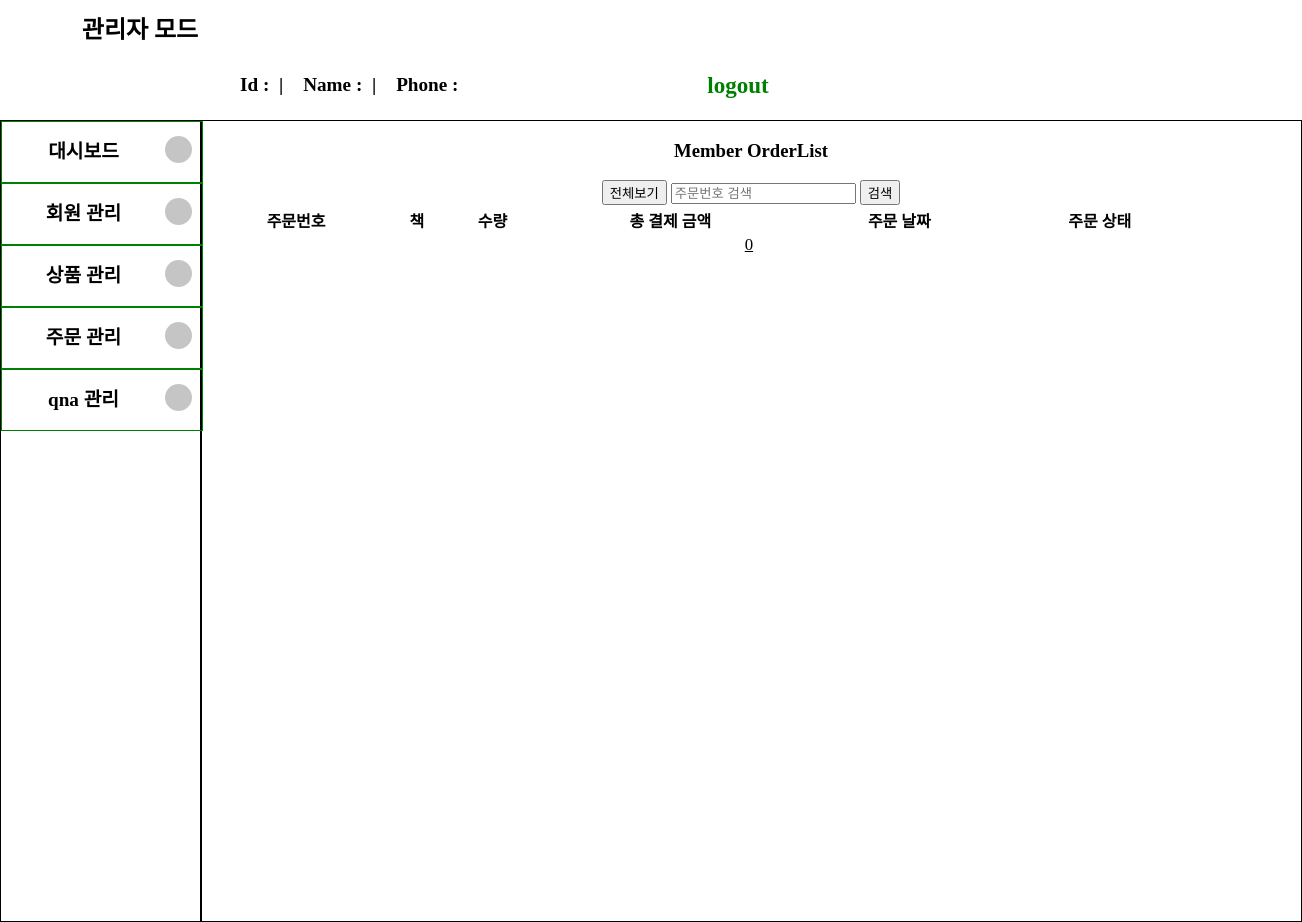
Repository: GreenShrew/SmallProject
Page: http://localhost/BookStore/admin/order/orderList.jsp
These files come from the project's save history. The page is drawn as it stood at one moment and after the next save; the edit follows.
The browser window is 1280 px wide. The page is 1302 px wide, so the pictures cover 1302 px, including what lies to the right of the window. The pictures show the whole page.
Pictures or frames that could not be fetched are drawn as grey boxes. The page is served by Tomcat 9. Other server files are loaded and not shown. The template is opened directly, without the code that normally fills it, so the values that code supplies are empty.

Above is the page before, as saved 2022-02-22 05:01:59.

### BookStore/src/main/webapp/admin/order/orderList.jsp
<%@ page language="java" contentType="text/html; charset=UTF-8"
    pageEncoding="UTF-8"%>
<%@ include file="../adminHeader.jsp" %>

<div id="adminBox" style="width:1100px;">
	<h3>Member OrderList</h3>
	<form name="form" method="post">
		<input type="button" name="button_search" value="전체보기" onClick="go_ListTotal('adminOrderList')">
		<input type="text" name="key" value="${key}" placeholder="주문번호 검색">
		<input type="button" name="button_search" value="검색" onClick="">
	</form>

	<table id="productList" style="width:1000px;">
		<tr>
			<th>주문번호</th>
			<th>책</th>
			<th>수량</th>
			<th>총 결제 금액</th>
			<th>주문 날짜</th>
			<th>주문 상태</th>
		</tr>
		<c:if test="${ovo.result==1 || ovo.result==2 || ovo.result==3}">
		<c:forEach items="${orderList }" var="ovo">
			<tr>
				<td style="height:64px">${ovo.odseq}</td>
				<td><a href="bs.do?cmd=adminProductDetail&bseq=${ovo.bseq}">${ovo.bname }</a></td>
				<td>${ovo.quantity }</td>
				<td><fmt:formatNumber value="${ovo.price*ovo.quantity}" type="currency"/></td>
				<td><fmt:formatDate value="${ovo.indate }" type="date"/></td>
				<td>
					<c:if test="${ovo.result==1}">주문 접수</c:if>
					<c:if test="${ovo.result==2}">배송 준비</c:if>
					<c:if test="${ovo.result==3}">배송중</c:if>
				</td>
				<td><input type="checkbox" name="orderCheck"></td>
			</tr>
		</c:forEach>
		</c:if>
	</table>

	<jsp:include page="/admin/paging/admin_paging.jsp">
	 	<jsp:param name="cmd" value="bs.do?cmd=adminOrderList" />
	 </jsp:include>
</div>


<%@ include file="../adminFooter.jsp" %>

### BookStore/src/main/webapp/admin/adminHeader.jsp
<%@ page language="java" contentType="text/html; charset=UTF-8"
    pageEncoding="UTF-8"%>
<%@ taglib prefix="c" uri="http://java.sun.com/jsp/jstl/core" %>
<%@ taglib prefix="fmt" uri="http://java.sun.com/jsp/jstl/fmt" %>

<!DOCTYPE html>
<html>
<head>
<meta charset="UTF-8">
<title>Admin</title>
<link rel="stylesheet" href="admin/css/admin.css">
<script src="script/jquery-3.6.0.js"></script>
<script src="admin/script/admin_script.js"></script>
</head>
<body>

<div id="adminFrame">
	<header>
		<h2>관리자 모드</h2>
		<ul>
			<li>Id : ${loginAdmin.id }&nbsp;|</li>
			<li>Name : ${loginAdmin.name}&nbsp;|</li>
			<li>Phone : ${loginAdmin.phone}&nbsp;</li>
			<li><a href="bs.do?cmd=adminLogout">logout</a></li>
		</ul>
	</header>




<!-- </div> -->

### BookStore/src/main/webapp/admin/adminFooter.jsp
<%@ page language="java" contentType="text/html; charset=UTF-8" pageEncoding="UTF-8"%>

<!-- admin side bar -->
<div id="adminSideBar">
	<ul>
		<li class="sideList">
			<div class="sideTitle">
				<span>대시보드</span>
				<div class="listbutton"></div>
			</div>
			<ul>
				<li><a href="bs.do?cmd=adminMain">Main</a></li>
				<li><a href="bs.do?cmd=adminNoticeList">공지사항 목록</a></li>
				<li><a href="bs.do?cmd=adminAdminMemUpdate">관리자계정수정</a></li>
			</ul>
		</li>
		<li class="sideList">
			<div class="sideTitle">
				<span>회원 관리</span>
				<div class="listbutton"></div>
			</div>
			<ul>
				<li><a href="bs.do?cmd=adminMemberList">회원목록</a></li>
				<li><a href="bs.do?cmd=adminMemberList&key=n">휴면계정</a></li>
				<li><a href="bs.do?cmd=adminMemberUpdate">회원수정</a></li>
			</ul>
		</li>
		<li class="sideList">
			<div class="sideTitle">
				<span>상품 관리</span>
				<div class="listbutton"></div>
			</div>
			<ul>
				<li><a href="bs.do?cmd=adminProductList&sub=y">상품목록</a></li>
				<li><a href="bs.do?cmd=adminProductBestList">베스트상품</a></li>
				<li><a href="bs.do?cmd=adminProductUpload">상품등록</a></li>
			</ul>
		</li>
		<li class="sideList">
			<div class="sideTitle">
				<span>주문 관리</span>
				<div class="listbutton"></div>
			</div>
			<ul>
				<li><a href="bs.do?cmd=adminOrderList">주문목록</a></li>
				<li><a href="bs.do?cmd=adminOrderList&key=2">처리완료 주문</a></li>
				<li><a href="bs.do?cmd=adminOrderList&key=1">미처리 주문</a></li>
				<li><a href="bs.do?cmd=adminNMOrderList">비회원 주문목록</a></li>
			</ul>
		</li>
		<li class="sideList">
			<div class="sideTitle">
				<span>qna 관리</span>
				<div class="listbutton"></div>
			</div>
			<ul>
				<li><a href="bs.do?cmd=adminQnaList">qna 목록</a></li>
				<li><a href="#">처리완료 주문</a></li>
				<li><a href="#">미처리 주문</a></li>
				<li><a href="#">비회원 주문목록</a></li>
			</ul>
		</li>
	</ul>
</div>


 <!-- adminFrame -->
<!--  -->
</div>
</body>
</html>

### BookStore/src/main/webapp/admin/paging/admin_paging.jsp
<%@ page language="java" contentType="text/html; charset=UTF-8"
    pageEncoding="UTF-8"%>
<%@ taglib prefix="c" uri="http://java.sun.com/jsp/jstl/core" %>
<!DOCTYPE html>
<html>
<head>
<meta charset="UTF-8">
<title>paging</title>
<style type="text/css">
	body{text-align:center;}
	#paging{position:relative; float:left; width:700px; height:30px; font-size:105%; padding-left:200px;}
	#paging span{padding:4px; line-height:30px; }
	#paging a{color:black; padding:4px;}
</style>
</head>
<body>
<div id="paging">
	<c:url var="action" value="${param.cmd }"/>
	<c:if test="${paging.prev}">
		<a href="${action }&page=1">◀◀</a>
	</c:if>
	<c:if test="${paging.prev }">
		<a href="${action}&page=${paging.beginPage-1 }">◀</a>
	</c:if>
	<c:forEach begin="${paging.beginPage }" end="${paging.endPage }" var="index">
		<c:choose>
			<c:when test="${paging.page == index }">
				<span style="color:green; font-weight:bold;">${index }</span>&nbsp;
			</c:when>
			<c:otherwise>
				<a href="${action }&page=${index}&key=${key}">${index }</a>&nbsp;
			</c:otherwise>
		</c:choose>
	</c:forEach>
	<c:if test="${paging.next }">
		<a href="${action}&page=${paging.endPage+1 }">▶</a>
	</c:if>
	<c:if test="${paging.end}">
		<a href="${action }&page=${paging.totalPage }">▶▶</a>
	</c:if>
</div>
</body>
</html>

### BookStore/src/main/webapp/admin/css/admin.css
@charset "UTF-8";

/* admin_index */
.clear{clear:both;}

body{background-color: white; margin:0px; padding:0px;}

#wrap{width:700px; height:300px; margin:0 auto; text-align:center;}
#wrap article div form{margin-top:200px;}
#wrap article div form img{position:relative; float:left; }
.box{position:relative; float:left; height:117px;background-color:#4466c9;}
.boxLeft{position:relative; float:left; width:200px; height:42px; line-height:42px; margin:6px 0 0 0;}
.boxLeft label{color:white; font-weight:bold;}
.boxLeft input{outline:none;}
.msg{position:relative; float:left; width:200px; heigth:16px; line-height:16px; color:yellow; font-weight:bold;}
.boxRight{position:relative; float:left; width:100px; height:117px;}
.btn{position:relative; float:left;width:90px; height:90px; line-height:90px; font-size:120%;
font-weight:bold; margin:13px 0 0 5px; color:white; border:1px solid white;background-color:#4466c9;}

/* amdinHeader */
header h2{width:200px;margin:0px; padding:10px; padding-left:40px;}
header ul{position: absolute; width:900px; height:60px; left:200px; margin:0 auto;}
header ul li{ display:block; height:60px; float:left;font-size:120%; line-height:60px; margin-right:20px;font-weight: bold; }
header ul li:last-child{margin-left:200px;}
header a { text-decoration: none; display: inline-block; font-size:120%;width: 100px; text-align: center; color:green; font-weight: bold; }
header a:hover {text-decoration:underline;}

/* adminMain */
#adminBox {position:absolute; top: 120px; left:200px; width:900px; height:800px;border:1px solid black;}
#adminBox h2{padding-left:20px;}
#adminBox label a{position:absolute; right:10px; color:green; text-decoration:none;}
#adminBox a:hover{text-decoration:underline;}

.mainNotice {position:relative; float:left; width:600px; height:240px;padding-left:30px;margin:10px;}
.mainNotice label{position:relative; float:left; width:600px; height:40px; font-weight:bold; line-height:40px;
font-size:120%; border-bottom:1px solid black;}
.mainNotice span{position:relative; float:left; width:500px; height:30px; line-height:30px; font-size:90%;
overflow: hidden;text-overflow: ellipsis;white-space: nowrap;}

.mainTotal{position:relative; float:left; width:300px; height:180px; padding-left:10px; border:1px solid black;
margin:10px 20px 10px 10px;}
.mainTotal label{position:relative; float:left; width:280px; height:40px; font-weight:bold; line-height:40px;
font-size:120%; padding:10px;}
.mainTotal span{position:relative; float:left; width:300px; height:100px; line-height:150px; font-size:300%;
margin:0 auto; padding: 10px 50px 20px; text-align:center;}

/* admin side bar in adminFooter.jsp */
#adminSideBar{position:absolute; top:120px; width:200px;height:800px; border:1px solid black;margin:0px; padding:0px;}
#adminSideBar ul{list-style:none; padding:0px; margin:0px; display:inline-block;}

.sideList{position:relative; height:50px; padding-bottom:10px;border:1px solid green; /* */}
.sideTitle{position:relative; width:200px; height:40px;}
.listbutton{position:relative; float:right; margin:14px 10px 0 0;width:27px; height:27px; border-radius:50%; overflow:hidden;
opacity:0.6;background-position:-270px 0px; background-image:url(../admin_img/ico_btn.png);}
.sideList span{position:relative; top:10px;width:200px; height:40px;font-size:120%; font-weight:bold;margin:5px;
line-height:40px;}
.sideTitle:hover{text-decoration:underline; font-size:105%;}
.sideList ul{ width:200px; height:1px;margin:2px;visibility:hidden;}
.sideList ul li{width:200px; height:30px;padding-left:10px; margin-top:10px;}
.sideList ul li a{text-decoration:none; color:black;}
.sideList ul li a:hover{text-decoration:underline; font-weight:bold;font-size:105%;}

/* admin productList */
#admin_ProductDetail>li{margin:10px 0px 10px 20px;}


/* adminFooter */

### BookStore/src/main/webapp/admin/script/admin_script.js
/**
 *
 */

/* admin login */
function adminCheck(){
	  if(document.frm.adminId.value==""){
	      	alert("아이디를 입력하세요.");
	      	document.frm.adminId.focus();
	      	return false;
	  }else if(document.frm.adminPwd.value==""){
	     	alert("비밀번호를 입력하세요.");
	      	document.frm.adminPwd.focus();
	      	return false;
	  }
	  return true;
}


/* admin side bar action */
$(function(){
	$(".sideList").click(function(){
		var num = $(this).index(".sideList");
		$(".sideList").css({"height":"50px"});
		$(".sideList ul").css({"height":"1px","visibility":"hidden"});
		$(".sideList .listbutton").css({"transform":"rotate(0deg)"});
		$(".sideList").eq(num).css({"height":"200px"});
		$(".sideList ul").eq(num).css({"height":"130px","visibility":"visible"});
		$(".sideList .listbutton").eq(num).css({"transform":"rotate(90deg)"});
	});
});


/* admin product productList 220221 */
function go_productList(){
	location.href = "bs.do?cmd=adminProductList";
}

function go_ListTotal(cmd){
	document.form.key.value = "";
	document.form.action = "bs.do?cmd=" + cmd + "&sub=y";
	document.form.submit();
}

function go_prodcutListDetail(bseq){
	location.href = "bs.do?cmd=adminProductDetail&bseq=" + bseq;
}

function go_update_product(bseq){
	location.href = "bs.do?cmd=adminProductUpdateForm&bseq=" + bseq;
}

function go_update(){
	if(document.form.bname.value == ""){
		alert("제목 미입력");
		document.form.bname.focus();
	}else if(document.form.writer.value == ""){
		alert("작가 미입력");
		document.form.writer.focus();
	}else if(document.form.byear.value == ""){
		alert("출판년도 미입력");
		document.form.byear.focus();
	}else if(document.form.price.value == ""){
		alert("가격 미입력");
		document.form.price.focus();
	}else if(document.form.publisher.value == ""){
		alert("출판사 미입력");
		document.form.publisher.focus();
	}else if(document.form.genre_radio.value == ""){
		alert("장르 미선택");
		document.form.genre_radio.focus();
	}else if(document.form.content.value == ""){
		alert("내용 미입력");
		document.form.content.focus();
	}else if(document.form.image.value == ""){
		alert("표지 미선택");
		document.form.image.focus();
	}else{
		if(confirm("수정하시겠습니까?")){
			document.form.action = "bs.do?cmd=adminProductUpdate";
			document.form.submit();
		}
	}
}

function go_productUploadForm(){
	location.href = "bs.do?cmd=adminProductUploadForm";
}

function go_productUpload(){
	if(document.form.bname.value == ""){
		alert("제목 미입력");
		document.form.bname.focus();
	}else if(document.form.writer.value == ""){
		alert("작가 미입력");
		document.form.writer.focus();
	}else if(document.form.byear.value == ""){
		alert("출판년도 미입력");
		document.form.byear.focus();
	}else if(document.form.price.value == ""){
		alert("가격 미입력");
		document.form.price.focus();
	}else if(document.form.publisher.value == ""){
		alert("출판사 미입력");
		document.form.publisher.focus();
	}else if(document.form.content.value == ""){
		alert("내용 미입력");
		document.form.content.focus();
	}else if(document.form.image.value == ""){
		alert("표지 미선택");
		document.form.image.focus();
	}else{
		if(confirm("등록하시겠습니까?")){
			document.form.action = "bs.do?cmd=adminProductUpload";
			document.form.submit();
		}
	}
}

function go_delete_product(bseq){
	location.href = "bs.do?cmd=adminProductDelete&bseq=" + bseq;
}

Loaded but not shown: BookStore/src/main/webapp/script/jquery-3.6.0.js (library)

After the next save:
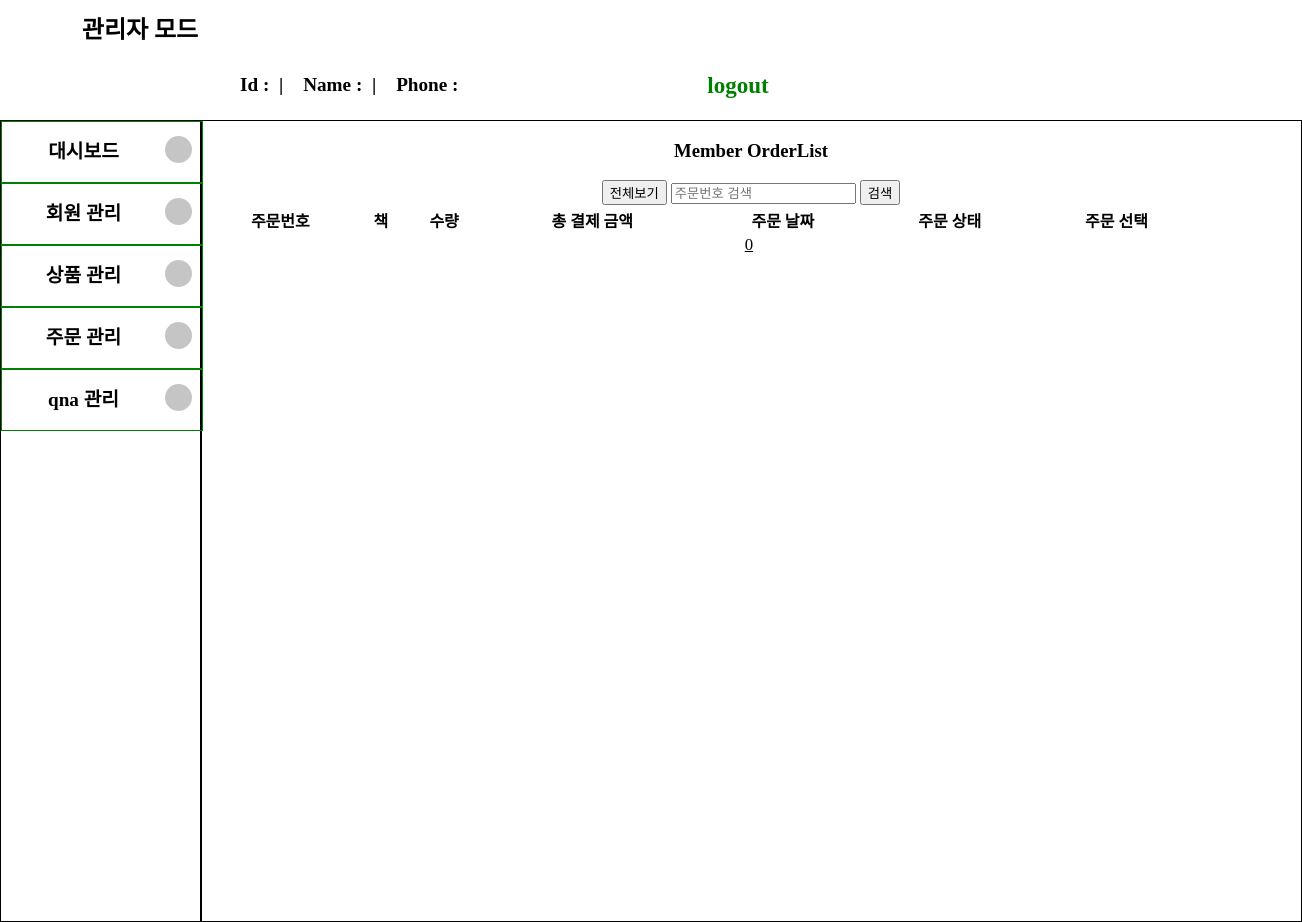
Saved 16 s later.
--- a/BookStore/src/main/webapp/admin/order/orderList.jsp
+++ b/BookStore/src/main/webapp/admin/order/orderList.jsp
@@ -18,6 +18,7 @@
 			<th>총 결제 금액</th>
 			<th>주문 날짜</th>
 			<th>주문 상태</th>
+			<th>주문 선택</th>
 		</tr>
 		<c:if test="${ovo.result==1 || ovo.result==2 || ovo.result==3}">
 		<c:forEach items="${orderList }" var="ovo">
